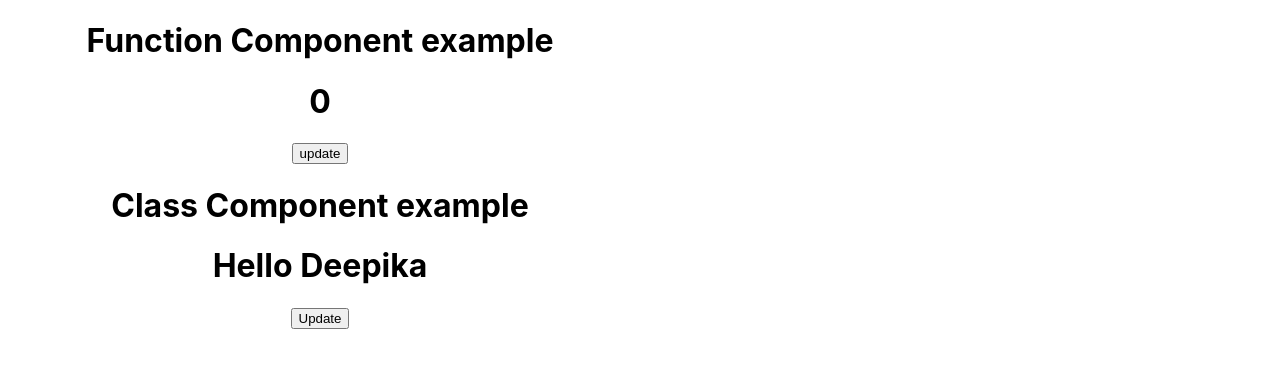
Repository: DeepikaSuretek/React
Page: / (app in practice-app/)
These files come from the project's save history. The page is drawn as it stood at one moment and after a run of saves; the edit follows.
The browser window is 1280 px wide. The pictures show the whole page.
The project was rebuilt for these pictures with package versions that can differ from the ones it lists, and the page was loaded fresh each time.

Above is the page before, as saved 2024-07-08 19:46:20.

### practice-app/src/App.js
import './App.css';
import User from './class-component/class';
import Fun from './functional-component/function'

function App() {
  return (
    <div className="App">
      <div style={{width:"50%"}}>
        <h1>Function Component example</h1>
        <Fun name="Deepika" />
      </div>
      <div style={{width:"50%"}}>
        <h1>Class Component example</h1>
        <User></User>
        </div>

    </div>
  );
}

export default App;

### practice-app/src/App.css
.App {
  text-align: center;
}

.App-logo {
  height: 40vmin;
  pointer-events: none;
}

@media (prefers-reduced-motion: no-preference) {
  .App-logo {
    animation: App-logo-spin infinite 20s linear;
  }
}

.App-header {
  background-color: #282c34;
  min-height: 100vh;
  display: flex;
  flex-direction: column;
  align-items: center;
  justify-content: center;
  font-size: calc(10px + 2vmin);
  color: white;
}

.App-link {
  color: #61dafb;
}

@keyframes App-logo-spin {
  from {
    transform: rotate(0deg);
  }
  to {
    transform: rotate(360deg);
  }
}

.loader{
  height: 100px;
  width: 100px;
  border: 8px solid;
  border-color: black black black red;
  border-radius: 50%;
  animation: App-logo-spin 2s linear infinite;
}

### practice-app/src/class-component/class.js
import { Component } from "react"

class User extends Component{
    constructor(){
        super();
        this.state = {
            data:'Deepika'
        }
    }

    changeData(){
        this.setState({data:"changes"});
    }
    render(){
        return(
           <div><h1>Hello {this.state.data}</h1>
           <button onClick={()=>this.changeData()}>Update</button>
           </div>

        )
    }
}

export default User;

### practice-app/src/functional-component/function.js
import { useState } from "react";

function Fun() {
    const [count,setCount] = useState(0);
    function updateCount(){
       setCount(count+1);
    }
    return(
        <div>
            <h1>{count} </h1>
            <h2>{}</h2>
            <button onClick={updateCount}>update</button>
        </div>

    )
}

export default Fun;

Loaded but not shown: practice-app/public/index.html (common file); practice-app/src/index.js (common file); practice-app/src/index.css (common file); practice-app/src/reportWebVitals.js (common file)

After the next 3 saves:
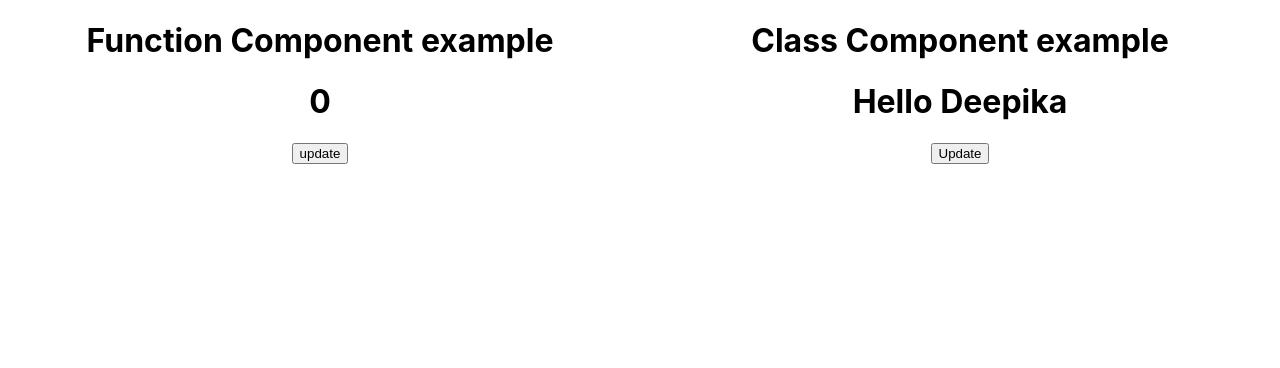
The 3 saves are shown as one change because 2 did not build or start.
The last was saved 2 min 10 s later.
--- a/practice-app/src/App.js
+++ b/practice-app/src/App.js
@@ -4,7 +4,8 @@ import Fun from './functional-component/function'
 
 function App() {
   return (
-    <div className="App">
+    <div className="App" style={{display: "inline-flex",
+      width: "100%"}}>
       <div style={{width:"50%"}}>
         <h1>Function Component example</h1>
         <Fun name="Deepika" />
